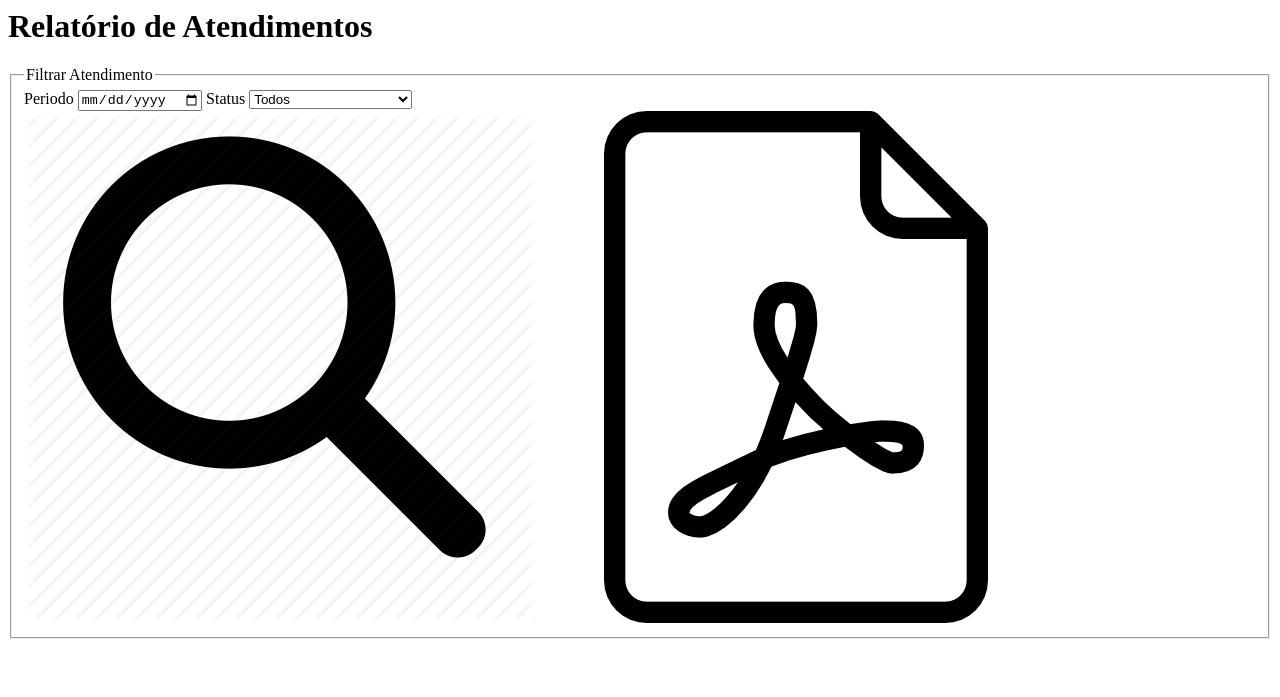
Repository: PedroViniciusVeiga/ProjetoIntratarefas
Page: Workspace - Projeto Intratarefas/ProjetoIntratarefas/WebContent/pages/administrador/relatorio_atendimento.html
These files come from the project's save history. The page is drawn as it stood at one moment and after the next save; the edit follows.
The browser window is 1280 px wide. The pictures show the whole page.

Above is the page before, as saved 2022-06-06 21:49:02.
Console error: ReferenceError: INTRATAREFAS is not defined

After the next save:
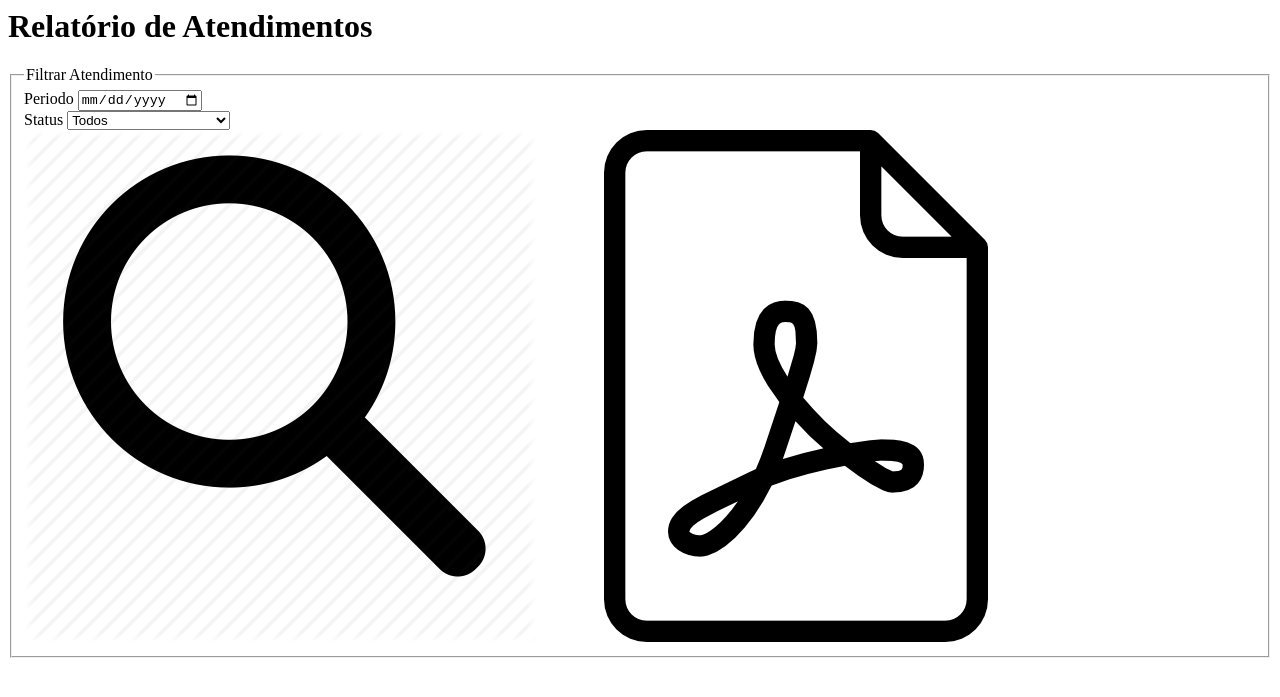
Saved 3 min 5 s later.
--- a/Workspace - Projeto Intratarefas/ProjetoIntratarefas/WebContent/pages/administrador/relatorio_atendimento.html
+++ b/Workspace - Projeto Intratarefas/ProjetoIntratarefas/WebContent/pages/administrador/relatorio_atendimento.html
@@ -8,6 +8,8 @@
 			<div class="fltopcao">
 			<label>Periodo</label>
 			<input type="date" name="inicio">
+			</div>
+			<div class="fltopcao">
 				<label>Status</label>
 				<select name="selprocedimento" class="fltcampo" id="selStatus"
 					>
